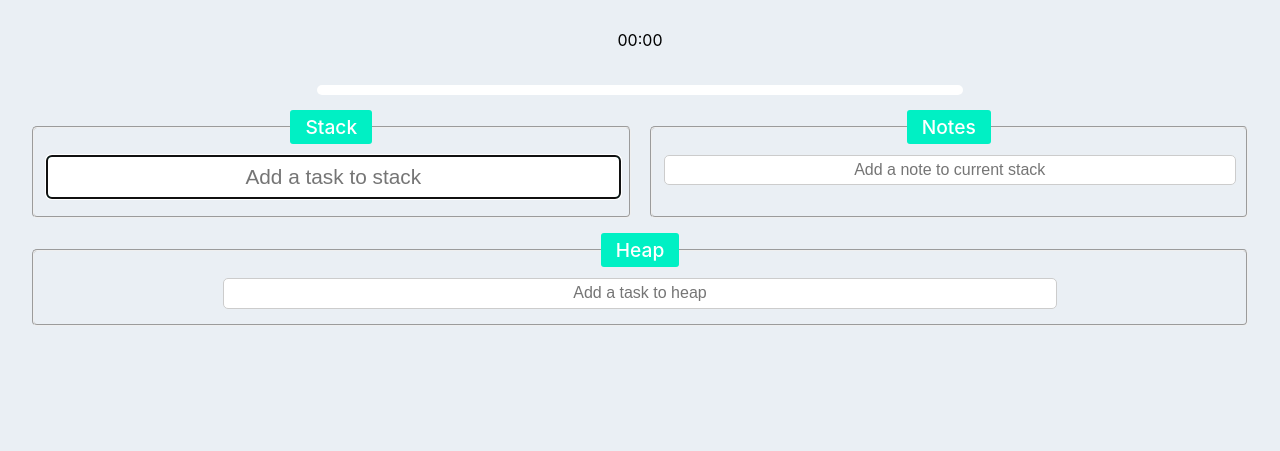
Repository: litalsh/Meeting-Managment-App
Page: /
These files come from the project's save history. The page is drawn as it stood at one moment and after the next save; the edit follows.
The browser window is 1280 px wide. The pictures show the whole page.
The project was rebuilt for these pictures with package versions that can differ from the ones it lists, and the page was loaded fresh each time. Also part of the build but not shown: src/components/Task/Task.css, src/components/Task/Task.js, src/components/Notes/Note.js.

Above is the page before, as saved 2021-01-11 12:47:47.

### src/App.js
import './App.css';
import React from 'react';
import Stack from './components/Stack/Stack';
import GlobalTime from './components/GlobalTime/GlobalTime';
import MeetingContextProvider from './Context/store';
import Heap from './components/Heap/Heap';
import Notes from './components/Notes/Notes';
import CurrentTask from './components/CurrentTask/CurrentTask';


function App() {

  return (
    <div className="App">
      <MeetingContextProvider>
        <GlobalTime />
        <CurrentTask />
        <Stack />
        <Notes />
        <Heap />
      </MeetingContextProvider>
    </div>
  );
}

export default App;

### src/App.css
body{
  background-color:  #eaeff4;
 }

.App {
  display: grid;
  grid-template-columns: repeat(6, 1fr);
  grid-gap: 15px;
  margin: 10px 30px;
}

ul {
  list-style-type: none;
  margin: 0;
  padding: 0;
}

legend {
  margin: 0 auto;
  font-size: 1.2rem;
  font-weight: 500;
  background-color: #00f0c4;
  padding: 5px 15px;
  color: #fff;
  border-radius: 3px;
 }

 fieldset {
   border-radius: 5px;
 }

### src/components/Stack/Stack.js
import React, { useContext } from 'react';
import Task from '../Task/Task';
import { meetingContext } from '../../Context/store';
import './Stack.css';

const Stack = () => {

  const { stack, newStackHandler, taskRemoveHandler, changeListHandler } = useContext(meetingContext);

  return (

      <fieldset className="stack-container">
        {console.log('stack: ', stack)}
        <legend>Stack</legend>
        <ul className="stack-list">
          {stack !== undefined ? stack.map((task, id) => (
            <Task key={id}
            time={task.time}
            title={task.topic}
            type={task.type}
            remove={() => taskRemoveHandler(task.id, task.type)}
            changeList={() => changeListHandler(task.id, task.type)} />
          )) : null}
        </ul>
        <input type="text" placeholder="Add a task to stack" onKeyDown={newStackHandler} className='stack-input' autoFocus aria-flowto='heap-input' />
      </fieldset>

  );
}

export default Stack;

### src/components/GlobalTime/GlobalTime.js
import React, { useState, useEffect, useContext } from 'react';
import './GlobalTime.css';
import {meetingContext} from '../../Context/store';


const GlobalTime = () => {
  const {clock} = useContext(meetingContext);

  const [globalTimer, setGlobalTimer] = useState(0);
  let time = clock(globalTimer);

  useEffect(() => {
    const id = window.setInterval(() => {
      setGlobalTimer(globalTimer => globalTimer = globalTimer + 60);
    }, 60000);
    return () => window.clearInterval(id);
  })

  return (
    <div className='global-timer'>{time.minutes}:{time.seconds}</div>
    );
}

export default GlobalTime;

### src/Context/store.js
import React, { useState, createContext, useEffect } from 'react';
import useLocalStorage from '../hooks/useLocalStorage';
import { v4 as uuidv4 } from "uuid";


export const meetingContext = createContext();


const MeetingContextProvider = (props) => {

  const [stack, setStack] = useLocalStorage('stack', []);
  const [heap, setHeap] = useLocalStorage('heap', []);
  const [notes, setNotes] = useLocalStorage('notes', []);
  const [currentTaskTimer, setCurrentTaskTimer] = useState(stack[0] !== undefined ? Math.floor((new Date().getTime() - stack[stack.length - 1].time)/1000) : null);


  // Create a new stack task
  const newStackHandler = (event) => {
    if (event.which === 13 && event.target.value !== '') {
      setStack([
        ...stack,
        { id: uuidv4(), type: 'stack', topic: event.target.value, time: new Date().getTime() }
      ]);
      event.target.value = '';
      console.log(stack)
      setCurrentTaskTimer(Math.floor((new Date().getTime() - new Date().getTime())/1000));
    };
  };

  // Create a new heap task
  const newHeapHandler = (event) => {
    if (event.which === 13 && event.target.value !== '') {
      setHeap([
        ...heap,
        { id: uuidv4(), type: 'heap', topic: event.target.value, time: new Date().getTime() }
      ]);
      event.target.value = '';
    };
  };

  // Remove a task
  const taskRemoveHandler = (id, type) => {
    if (type === 'stack') {
      const taskIndex = stack.findIndex(task => {
        return task.id === id;
      });

      let tempList = [...stack];
      tempList.splice(taskIndex, 1);
      setStack(tempList);
      console.log(taskIndex)
    };

    if (type === 'heap') {
      const taskIndex = heap.findIndex(task => {
        return task.id === id;
      });

      let tempList = [...heap];
      tempList.splice(taskIndex, 1);
      setHeap(tempList)
      console.log(taskIndex)
    };
    return console.log('taskRmoveHandler: ', stack);

  }

  const clock = (time) => {
    let minutes = Math.floor(time / 60);
    let seconds = Math.abs(time % 60);
    minutes = minutes.toString().length === 1 ? "0" + minutes : minutes;
    seconds = seconds.toString().length === 1 ? "0" + seconds : seconds;
    return ({minutes : minutes, seconds : seconds})
  }

  const keyboardRemoveHandler = (e) => {
    if (e.ctrlKey && e.shiftKey && e.which === 88) {
      let tempStack = [...stack];
      tempStack.splice(tempStack.length - 1, 1);
      setStack(tempStack);
    }
  }

    // remove from stack with the keyboard
    useEffect(() => {
      if (document) {
        document.addEventListener('keydown', keyboardRemoveHandler);
      }
      return () => {
        document.removeEventListener('keydown', keyboardRemoveHandler);
      }
    }, [stack]);

    const changeListHandler = (id, type) => {
      // move task from stack to heap
      if (type === 'stack') {
        const taskIndex = stack.findIndex(task => {
          return task.id === id;
        });
        setHeap([...heap, { id: stack[taskIndex].id, type: 'heap', topic: stack[taskIndex].topic, time: stack[taskIndex].time }]);

        let tempStack = [...stack];
        tempStack.splice(taskIndex, 1);
        setStack(tempStack);
        console.log('change to heap ', stack, '  ', heap)
      };
       // move task from heap to stack
    if (type === 'heap') {
      const taskIndex = heap.findIndex(task => {
        return task.id === id;
      });
      setStack([...stack, { id: heap[taskIndex].id, type: 'stack', topic: heap[taskIndex].topic, time: new Date().getTime}]);

      let tempHeap = [...heap];
      tempHeap.splice(taskIndex, 1);
      setHeap(tempHeap);
      console.log('change to stack ', stack, '  ', heap)
    };


    }





  return (
    <meetingContext.Provider value={
      {
        stack,
        setStack,
        heap,
        notes,
        newStackHandler,
        newHeapHandler,
        taskRemoveHandler,
        changeListHandler,
        clock,
        currentTaskTimer,
        setCurrentTaskTimer
      }
    }>
      {props.children}
    </meetingContext.Provider>
  );
}

export default MeetingContextProvider;

### src/components/Heap/Heap.js
import React, { useContext } from 'react';
import Task from '../Task/Task';
import { meetingContext } from '../../Context/store';
import MeetingContextProvider from '../../Context/store';
import './Heap.css';

const Heap = () => {
  const { heap, newHeapHandler, taskRemoveHandler, changeListHandler } = useContext(meetingContext);


  return (
    <MeetingContextProvider>
      <fieldset className="heap-container">
        <legend>Heap</legend>
        <input type="text" placeholder="Add a task to heap" onKeyDown={newHeapHandler} className='heap-input' aria-flowto='notes-input' />
        <ul className="heap-list">
          {heap[0] !== undefined ? heap.map((task, id) => (
            <Task key={id}
            title={task.topic}
            type={task.type}
            remove={() => taskRemoveHandler(task.id, task.type)}
            changeList={() => changeListHandler(task.id, task.type)} />
          )) : null}
        </ul>
      </fieldset>
    </MeetingContextProvider>
  );
}

export default Heap;

### src/components/Notes/Notes.js
import React, { useContext, useState } from 'react';
import './Notes.css';
import { meetingContext } from '../../Context/store';
import Note from './Note';


const Notes = () => {
  const { stack, setStack } = useContext(meetingContext);

  const newNoteHandler = (event) => {
    if (event.which === 13 && event.target.value !== '') {
      let temp = [...stack];
      temp[temp.length - 1].notes ? temp[temp.length - 1].notes.push(event.target.value) : temp[temp.length - 1].notes = [event.target.value];
      setStack(temp);
      event.target.value = '';
    };
  }

  return (
    <fieldset className='notes-container'>
      <legend>Notes</legend>
      <input type='text' placeholder="Add a note to current stack" className='notes-input' onKeyDown={newNoteHandler} aria-flowto='stack-input' />
      <dl>
        {stack[0] !== undefined ? stack.map((task, id) => (
          task.notes !== undefined ?
          <Note
            key={id}
            title={task.topic}
            notes={task.notes}
          /> : null
        )) : null}
      </dl>
    </fieldset>
  );
}

export default Notes;

### src/components/CurrentTask/CurrentTask.js
import React, { useState, useEffect, useContext } from 'react';
import { meetingContext } from '../../Context/store';
import './CurrentTask.css';


const CurrentTask = () => {

  const { stack, clock, currentTaskTimer, setCurrentTaskTimer } = useContext(meetingContext);


  useEffect(() => {
    if(stack[0] !== undefined){
      const id = window.setInterval(() => {
        setCurrentTaskTimer(Math.floor((new Date().getTime() - stack[stack.length-1].time)/1000));
      }, 30000);
      return () => window.clearInterval(id);
    }
  }, [currentTaskTimer])

  let time = clock(currentTaskTimer);
  console.log('current ', currentTaskTimer);

  const taskExists = () => {
    return (
      <>
        {time.minutes}:{time.seconds}
      </>
    )
  }

  return (
    <div className='current-task-container'>
      <div className='current-timer'><h4>{stack[0] !== undefined ? (taskExists()) : null}</h4></div>
      <div className='current-title'><h1>{stack[0] !== undefined ? stack[stack.length - 1].topic : null}</h1></div>
    </div>
  );
}

export default CurrentTask;

### src/components/Stack/Stack.css
.stack-container {
  grid-column: 1/4;
}

.stack-input {
  border: 2px solid #00f0c4;
  width: 100%;
  line-height: 40px;
  margin: 5px auto;
  position: relative;
  text-align: center;
  border-radius: 5px;
  font-size: 1.3rem;
  padding: 0;
}

.stack-list {
  display: flex;
  flex-direction: column-reverse;
  justify-content: center;
}

.stack-item {
  width: 100%;
}

### src/components/GlobalTime/GlobalTime.css
.global-timer {
  grid-column: 1/7;
  margin: 20px auto;
}

### src/hooks/useLocalStorage.js
import { useState, useEffect } from "react";

const PREFIX = 'meeting-manament-';


const useLocalStorage = (key, initialValue) => {
  const prefixedKey = PREFIX + key
  const [value, setValue] = useState(() => {
    const jsonValue = localStorage.getItem(prefixedKey)
    if (jsonValue != null) return JSON.parse(jsonValue)
    if (typeof initialValue === 'function') {
      return initialValue()
    } else {
      return initialValue
    }
  })

  useEffect(() => {
    localStorage.setItem(prefixedKey, JSON.stringify(value))
  }, [prefixedKey, value])

  return [value, setValue]
}


export default useLocalStorage;

### src/components/Heap/Heap.css
.heap-container {
  grid-column: 1/7;
  display: flex;
  flex-direction: column;
}

.heap-list {
  display: grid;
  grid-template-columns: repeat(4,1fr);
  grid-gap: 5px 20px;
}

.heap-list>.task-item {
  width: 100%;
}

.heap-input {
  border: 1px solid #ccc;
  width: 70%;
  line-height: 1.8em;
  margin: 5px auto;
  position: relative;
  text-align: center;
  border-radius: 5px;
  font-size: 1rem;
  padding: 0;
}

### src/components/Notes/Notes.css
.notes-container {
  grid-column: 4/7;
}

.notes-input {
  border: 1px solid #ccc;
  width: 100%;
  line-height: 1.8em;
  margin: 5px auto;
  position: relative;
  text-align: center;
  border-radius: 5px;
  font-size: 1rem;
  padding: 0;
}

.notes-container dt {
  font-weight: 600;
}

### src/components/CurrentTask/CurrentTask.css
.current-task-container {
  grid-column: 2/6;
  text-align: center;
  background-color: #fff;
  width: 80%;
  margin: 0 auto;
  border-radius: 5px;
}

.current-title > h1 {
  margin: 0;
}

.current-timer {
  margin-top: 10px;
}

.current-timer > h4 {
  margin: 0;
}

.current-title {
  margin: 10px;
}

Loaded but not shown: public/index.html (common file); src/index.js (common file); src/index.css (common file); src/reportWebVitals.js (common file)

After the next save:
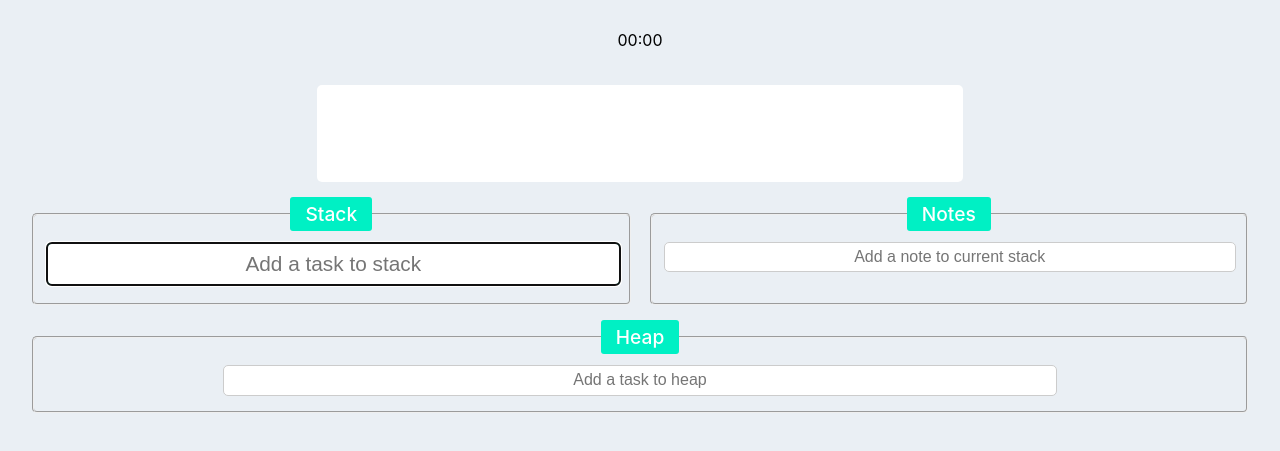
Saved 70 s later.
--- a/src/components/CurrentTask/CurrentTask.css
+++ b/src/components/CurrentTask/CurrentTask.css
@@ -5,6 +5,7 @@
   width: 80%;
   margin: 0 auto;
   border-radius: 5px;
+  height: 97px;
 }
 
 .current-title > h1 {
